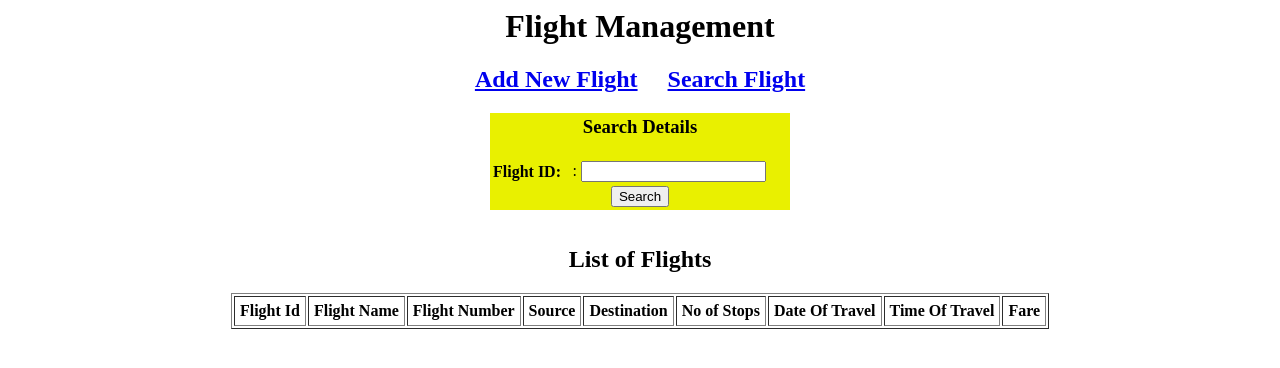
Repository: pawankas/Java_Mini_Project
Page: http://localhost/AirReservation/list
The author's editor kept a copy of each file at every save. The page is drawn from the files as they stood at one save, then again after the next save.
The browser window is 1280 px wide. The pictures show the whole page.
The page is served by Tomcat 9. Other server files are loaded and not shown. Queries for data that is not in the repository find no rows.

Above is the page before, as saved 2022-03-17 17:25:53.

### Mini_Project_Java/AirReservation/WebContent/FlightList.jsp
<%@ page language="java" contentType="text/html; charset=UTF-8"
	pageEncoding="UTF-8"%>
<%@ taglib uri="http://java.sun.com/jsp/jstl/core" prefix="c"%>
<html>
<head>
<title>Flight Reservation System</title>
</head>
<body>
	<center>
		<h1>Flight Management</h1>
		<h2>
			<a href="new">Add New Flight</a> &nbsp;&nbsp;&nbsp; <a
				href="search.jsp">Search Flight</a>

		</h2>
	</center>
	<div align="center">
		<form method="post" action="Search">
			<table border="0" width="300" align="center" bgcolor="#e9fh">
				<tr>
					<td colspan=2 style="font-size: 12pt;" align="center">
						<h3>Search Details</h3>
					</td>
				</tr>
				<tr>
					<td><b>Flight ID:</b></td>
					<td>: <input type="text" name="flightId" id="flightId">
					</td>
				</tr>
				<tr>
					<td colspan=2 align="center"><input type="submit"
						value="Search"></td>
				</tr>
			</table>
		</form>
		<table border="1" cellpadding="5">
			<caption>
				<h2>List of Flights</h2>
			</caption>
			<tr>
				<th>Flight Id</th>
				<th>Flight Name</th>
				<th>Flight Number</th>
				<th>Source</th>
				<th>Destination</th>
				<th>No of Stops</th>
				<th>Date Of Travel</th>
				<th>Time Of Travel</th>
				<th>Fare</th>
			</tr>
			<c:forEach var="flight" items="${FlightList}">

				<tr>
					<td><c:out value="${flight.flightId}" /></td>
					<td><c:out value="${flight.flightName}" /></td>
					<td><c:out value="${flight.flightNumber}" /></td>
					<td><c:out value="${flight.source}" /></td>
					<td><c:out value="${flight.destination}" /></td>
					<td><c:out value="${flight.noOfStops}" /></td>
					<td><c:out value="${flight.date}" /></td>
					<td><c:out value="${flight.time}" /></td>
					<td><c:out value="${flight.price}" /></td>
					<td><a
						href="edit?flightId=<c:out value='${flight.flightId}' />">Edit</a>
						&nbsp;&nbsp;&nbsp;&nbsp; <a
						href="delete?flightId=<c:out value='${flight.flightId}' />">Delete</a></td>
				</tr>
			</c:forEach>

		</table>
	</div>
</body>
</html>

### Mini_Project_Java/AirReservation/src/com/cybage/controller/FlightControllerServlet.java
package com.cybage.controller;

import java.io.IOException;
import java.io.PrintWriter;
import java.sql.Connection;
import java.sql.DriverManager;
import java.sql.ResultSet;
import java.sql.SQLException;
import java.sql.Statement;
import java.text.SimpleDateFormat;
import java.util.ArrayList;
import java.util.Date;
import java.util.List;

import javax.servlet.RequestDispatcher;
import javax.servlet.ServletException;
import javax.servlet.annotation.WebServlet;
import javax.servlet.http.HttpServlet;
import javax.servlet.http.HttpServletRequest;
import javax.servlet.http.HttpServletResponse;

import com.cybage.dao.FlightDao;
import com.cybage.model.Flight;

@WebServlet("/")
public class FlightControllerServlet extends HttpServlet {
	private static final long serialVersionUID = 1L;
	private FlightDao flightDao;

	public void init() {
		flightDao = new FlightDao();
	}

	protected void doPost(HttpServletRequest request, HttpServletResponse response)
			throws ServletException, IOException {
		doGet(request, response);
	}

	protected void doGet(HttpServletRequest request, HttpServletResponse response)
			throws ServletException, IOException {
		String action = request.getServletPath();

		try {
			switch (action) {
			case "/new":
				showNewForm(request, response);
				break;
			case "/insert":
				insertFlight(request, response);
				break;
			case "/delete":
				deleteFlight(request, response);
				break;
			case "/edit":
				showEditForm(request, response);
				break;
			case "/update":
				updateFlight(request, response);
				break;
			case "/uflist":
				userFlightList(request, response);
				break;
			case "/Search":
				searchFlightById(request, response);
				break;
			default:
				FlightList(request, response);
				break;
			}
		} catch (SQLException ex) {
			throw new ServletException(ex);
		}
	}

	private void FlightList(HttpServletRequest request, HttpServletResponse response)
			throws SQLException, IOException, ServletException {
		List<Flight> FlightList = flightDao.selectAllFlights();
		request.setAttribute("FlightList", FlightList);
		RequestDispatcher dispatcher = request.getRequestDispatcher("FlightList.jsp");
		dispatcher.forward(request, response);
	}

	private void userFlightList(HttpServletRequest request, HttpServletResponse response)
			throws SQLException, IOException, ServletException {
		List<Flight> FlightList = flightDao.selectAllFlights();
		request.setAttribute("FlightList", FlightList);
		RequestDispatcher dispatcher = request.getRequestDispatcher("userHome.jsp");
		dispatcher.forward(request, response);
	}

	private void showNewForm(HttpServletRequest request, HttpServletResponse response)
			throws ServletException, IOException {
		RequestDispatcher dispatcher = request.getRequestDispatcher("FlightForm.jsp");
		dispatcher.forward(request, response);
	}

	private void showEditForm(HttpServletRequest request, HttpServletResponse response)
			throws SQLException, ServletException, IOException {
		int flightId = Integer.parseInt(request.getParameter("flightId"));
		Flight existingFlight = flightDao.selectFlight(flightId);
		RequestDispatcher dispatcher = request.getRequestDispatcher("UpdateForm.jsp");
		request.setAttribute("flight", existingFlight);
		dispatcher.forward(request, response);

	}

	private void insertFlight(HttpServletRequest request, HttpServletResponse response)
			throws SQLException, IOException {
		String flightName = request.getParameter("flightName");
		String flightNumber = request.getParameter("flightNumber");
		String source = request.getParameter("source");
		String destination = request.getParameter("destination");
		String noOfStops = request.getParameter("noOfStops");
		String date = request.getParameter("date");
		String time = request.getParameter("time");
		double price = Double.parseDouble(request.getParameter("price"));
		Flight newFlight = new Flight(flightName, flightNumber, source, destination, noOfStops, date, time, price);
		flightDao.insertFlight(newFlight);
		response.sendRedirect("list");
	}

	private void updateFlight(HttpServletRequest request, HttpServletResponse response)
			throws IOException, SQLException {
		int flightId = Integer.parseInt(request.getParameter("flightId"));
		String flightName = request.getParameter("flightName");
		String flightNumber = request.getParameter("flightNumber");
		String source = request.getParameter("source");
		String destination = request.getParameter("destination");
		String noOfStops = request.getParameter("noOfStops");
		String date = request.getParameter("date");
		String time = request.getParameter("time");
		double price = Double.parseDouble(request.getParameter("price"));

		Flight flight = new Flight(flightId, flightName, flightNumber, source, destination, noOfStops, date, time,
				price);
		flightDao.updateFlight(flight);

		response.sendRedirect("list");
	}

	public void searchFlightById(HttpServletRequest request, HttpServletResponse response) throws IOException {
		response.setContentType("text/html");
		PrintWriter out = response.getWriter();
		Connection conn = null;
		String url = "jdbc:mysql://localhost:3306/";
		String dbName = "airlinereservationsystem";
		String driver = "com.mysql.jdbc.Driver";
		String userName = "root";
		String password = "P9637333109k@";
		Statement st = null;
		try {
			Class.forName(driver).newInstance();
			conn = DriverManager.getConnection(url + dbName, userName, password);
			System.out.println("connected!.....");
			String flightId = request.getParameter("flightId");
			System.out.println(flightId);
			ArrayList al = null;
			// Flight flight = null;
			ArrayList flightList = new ArrayList<>();
			String query = "select * from flight";
			if (flightId != null && !flightId.equals("")) {
				query = "select * from flight where flightId='" + flightId + "' ";
			}
			System.out.println("query " + query);
			st = conn.createStatement();
			ResultSet rs = st.executeQuery(query);

			while (rs.next()) {
				al = new ArrayList();
				/*
				 * Flight flight = new Flight();
				 * flight.setFlightId((Integer.parseInt(rs.getString(1))));
				 * flight.setFlightName(rs.getString(2));
				 */
				al.add(rs.getString(1));
				al.add(rs.getString(2));
				al.add(rs.getString(3));
				al.add(rs.getString(4));
				al.add(rs.getString(5));
				al.add(rs.getString(6));
				al.add(rs.getString(7));
				al.add(rs.getString(8));
				al.add(rs.getString(9));
				System.out.println("al :: " + al);
				flightList.add(al);
			}

			request.setAttribute("flightList", flightList);
			RequestDispatcher view = request.getRequestDispatcher("SearchView.jsp");
			view.forward(request, response);
			conn.close();
			System.out.println("Disconnected!");
		} catch (Exception e) {
			e.printStackTrace();
		}

	}

	private void deleteFlight(HttpServletRequest request, HttpServletResponse response)
			throws SQLException, IOException {
		System.out.println(request.getParameter("flightId"));
		try {
			int flightId = Integer.parseInt(request.getParameter("flightId"));
			flightDao.deleteFlight(flightId);

		} catch (NumberFormatException e) {
			// TODO Auto-generated catch block
			e.printStackTrace();
		}
		response.sendRedirect("list");
	}

}

After the next save:
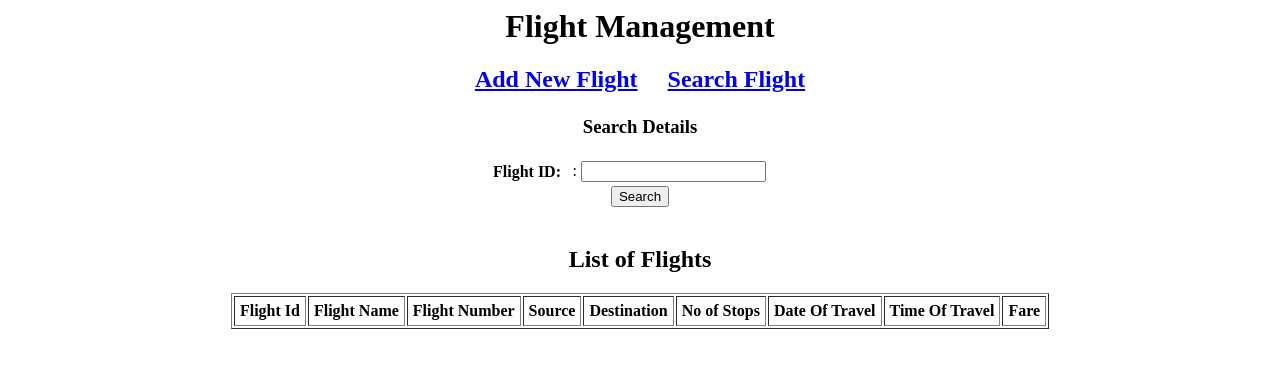
Saved 13 s later.
--- a/Mini_Project_Java/AirReservation/WebContent/FlightList.jsp
+++ b/Mini_Project_Java/AirReservation/WebContent/FlightList.jsp
@@ -16,7 +16,7 @@
 	</center>
 	<div align="center">
 		<form method="post" action="Search">
-			<table border="0" width="300" align="center" bgcolor="#e9fh">
+			<table border="0" width="300" align="center">
 				<tr>
 					<td colspan=2 style="font-size: 12pt;" align="center">
 						<h3>Search Details</h3>
